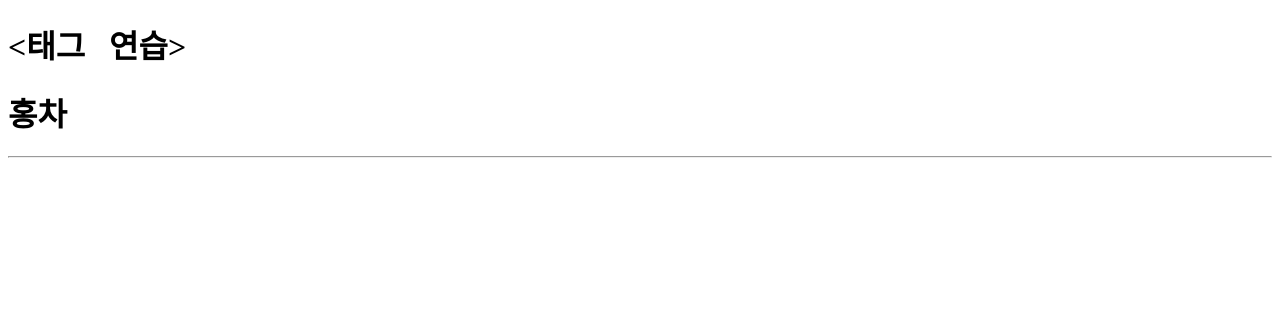
Repository: blinggg/html_git
Page: 0406/ex0406/WebContent/ex03.html
The author's editor kept a copy of each file at every save. The page is drawn from the files as they stood at one save, then again after the next save.
The browser window is 1280 px wide. The pictures show the whole page.

Above is the page before, as saved 2020-04-06 01:50:03.

After the next save:
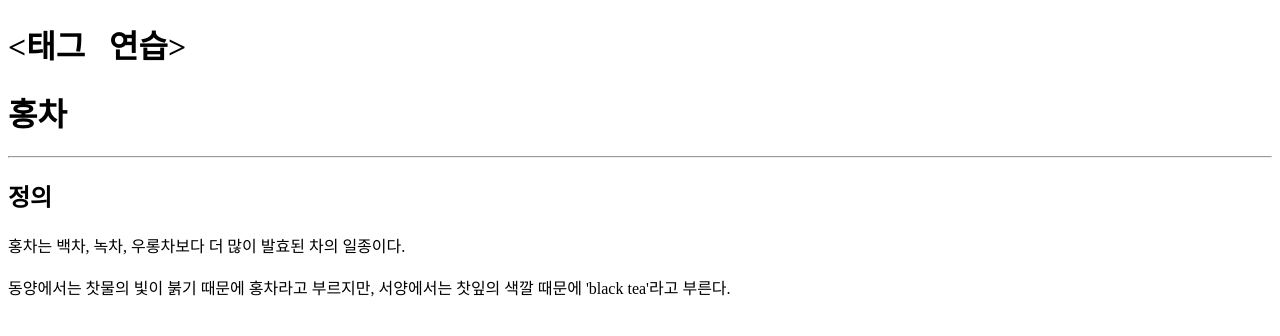
Saved 4 min 11 s later.
--- a/0406/ex0406/WebContent/ex03.html
+++ b/0406/ex0406/WebContent/ex03.html
@@ -8,6 +8,11 @@
 	<h1>&lt;태그&nbsp;&nbsp;&nbsp;연습&gt;</h1>
 	<h1>홍차</h1>
 	<hr/>
+	<h2>정의</h2>
+	<p>
+		홍차는 백차, 녹차, 우롱차보다 더 많이 발효된 차의 일종이다.<br><br>
+		동양에서는 찻물의 빛이 붉기 때문에 홍차라고 부르지만, 서양에서는 찻잎의 색깔 때문에 'black tea'라고 부른다.
+	</p>
 
 
 
